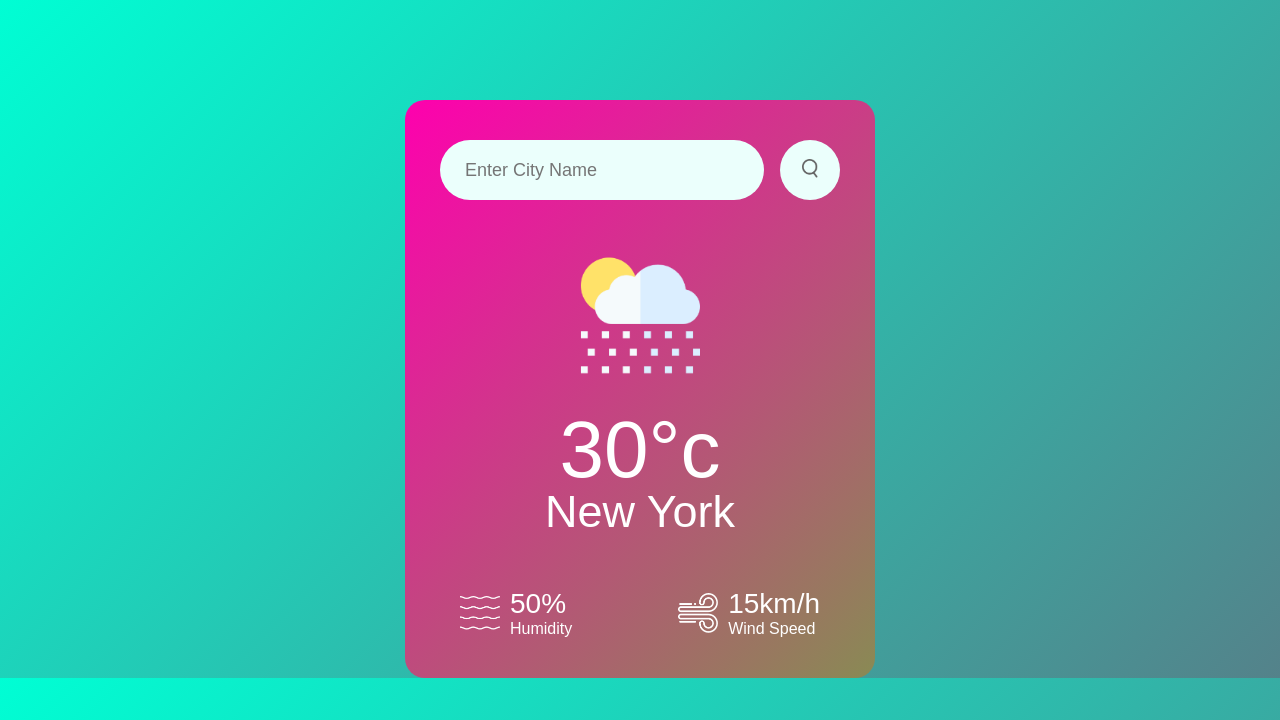
Repository: dubeprince/WeatherApp-Project
Page: WeatherApp/index.html
These files come from the project's save history. The page is drawn as it stood at one moment and after the next save; the edit follows.
The browser window is 1280 px wide. The pictures show the whole page.

Above is the page before, as saved 2023-05-26 16:35:05.

After the next save:
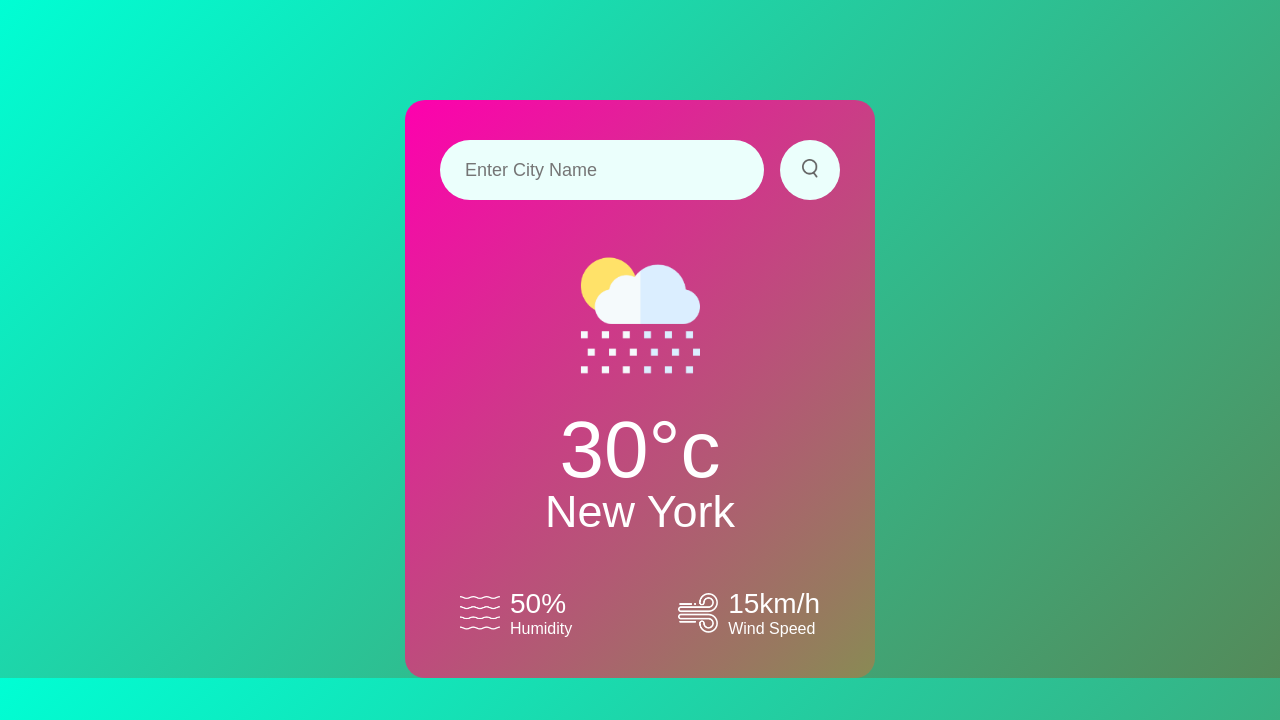
Saved 32 s later.
--- a/WeatherApp/style.css
+++ b/WeatherApp/style.css
@@ -6,7 +6,7 @@
 
 }
 body{
-    background: linear-gradient(135deg, #00fed4, #54828a);
+    background: linear-gradient(135deg, #00fed4, #548a59);
     background-size: cover;
 }
 .card{
